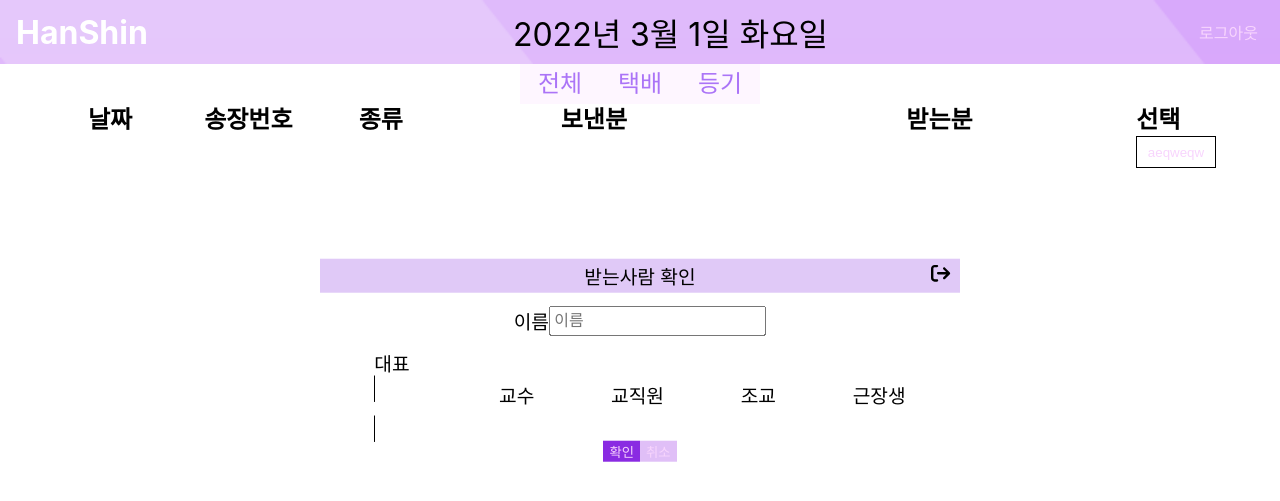
Repository: SeungYn/hanshinClient
Page: /, after clicking the first element matching `button.package_d2e76_submitBtn`
These files come from the project's save history. The page is drawn as it stood at one moment and after the next save; the edit follows.
The browser window is 1280 px wide. The pictures show the whole page.
The page's requests for data from a server got no answer. The project was rebuilt for these pictures with package versions that can differ from the ones it lists, and the page was loaded fresh each time. No one was signed in, and anything a server would have sent is missing. Also part of the build but not shown: src/App.css, src/components/item/item.jsx, src/components/addboxs/addBoxs.jsx.

Above is the page before, as saved 2022-03-01 02:36:51.

### public/index.html
<!DOCTYPE html>
<html lang="en">
  <head>
    <meta charset="utf-8" />
    <link rel="icon" href="%PUBLIC_URL%/favicon.ico" />
    <meta name="viewport" content="width=device-width, initial-scale=1" />
    <meta name="theme-color" content="#000000" />
    <meta
      name="description"
      content="Web site created using create-react-app"
    />
  </head>
  <body>
    <div id="root"></div>
  </body>
</html>

### src/index.css
html {
  height: 100%;
}
body {
  margin: 0;
  font-family: -apple-system, BlinkMacSystemFont, 'Segoe UI', 'Roboto', 'Oxygen',
    'Ubuntu', 'Cantarell', 'Fira Sans', 'Droid Sans', 'Helvetica Neue',
    sans-serif;
  -webkit-font-smoothing: antialiased;
  -moz-osx-font-smoothing: grayscale;
  height: 100%;
}
h1 {
  margin: 0;
}
code {
  font-family: source-code-pro, Menlo, Monaco, Consolas, 'Courier New',
    monospace;
}

* {
  box-sizing: border-box;
}
p,
h2 {
  margin: 0;
  padding: 0;
}

ul {
  list-style: none;
  margin: 0;
  padding: 0;
}

### src/App.jsx
import './App.css';
import Header from './components/header/header';
import Package from './components/package/package';
import { Route, Routes } from 'react-router-dom';
import AddBoxs from './components/addboxs/addBoxs';
function App() {
  return (
    <div className='app'>
      <Header />
      <Routes>
        <Route exact path='/' element={<Package />} />
        <Route exact path='/add' element={<AddBoxs />} />
      </Routes>
    </div>
  );
}

export default App;

### src/components/header/header.jsx
import React, { useEffect, useState } from 'react';
import styles from './header.module.css';

const Header = (props) => {
  const [date, setDate] = useState(new Date());
  const [month, setMonth] = useState('');
  const [year, setYear] = useState('');
  const [day, setDay] = useState('');
  const [dates, setDates] = useState('');

  useEffect(() => {
    setMonth(date.getMonth() + 1);
    switch (date.getDay()) {
      case 0:
        setDay('일');
        break;
      case 1:
        setDay('월');
        break;
      case 2:
        setDay('화');
        break;
      case 3:
        setDay('수');
        break;
      case 4:
        setDay('목');
        break;
      case 5:
        setDay('금');
        break;
      case 6:
        setDay('토');
        break;
    }
    setYear(date.getFullYear());
    setDates(date.getDate());
  }, [date, month, year, dates, day]);

  return (
    <header className={styles.headers}>
      <h1 className={styles.title}>HanShin</h1>
      <p
        className={styles.day}
      >{`${year}년 ${month}월 ${dates}일 ${day}요일`}</p>
      <nav className={styles.menu}>
        <button className={styles.menu__item}>로그아웃</button>
      </nav>
    </header>
  );
};

export default Header;

### src/components/package/package.jsx
import React, { useEffect, useState } from 'react';
import Item from '../item/item';
import ReceiverInput from '../receiverInput/receiverInput';
import styles from './package.module.css';

const Package = (props) => {
  const [item, setItem] = useState([]);

  const [selectedPackages, setSelectedPackages] = useState([]);
  const [receiverInputActivate, setReceiverInputActivate] = useState(false);

  const addList = (box) => {
    //축약 : setSelectedPackages([...selectedPackages, box]);
    const list = [...selectedPackages, box];
    setSelectedPackages(list);
  };

  const removeList = (box) => {
    const list = selectedPackages.filter((item) => {
      if (item.boxId !== box.boxId) {
        return item;
      }
    });

    setSelectedPackages(list);
  };

  const onSubmit = () => {
    console.log(selectedPackages);
    setReceiverInputActivate(true);
  };

  useEffect(() => {
    fetch('http://localhost:8080/packages/') //
      .then((data) => data.json())
      .then((data) => setItem(data));
  }, []);

  return (
    <div className={styles.package}>
      <nav className={styles.navbar}>
        <div className={styles.navbar__item}>전체</div>
        <div className={styles.navbar__item}>택배</div>
        <div className={styles.navbar__item}>등기</div>
      </nav>

      <section className={styles.contents}>
        <ul className={styles.itemList}>
          <li className={styles.items}>
            <h2 className={styles.item}>날짜</h2>
            <h2 className={styles.item}>송장번호</h2>
            <h2 className={styles.item}>종류</h2>
            <h2 className={styles.item}>보낸분</h2>
            <h2 className={styles.item}>받는분</h2>
            <h2 className={styles.item}>선택</h2>
          </li>
          {item.map((box) => (
            <Item
              key={box.boxId}
              item={box}
              addList={addList}
              removeList={removeList}
            />
          ))}
        </ul>
      </section>
      <button className={styles.submitBtn} onClick={onSubmit}>
        aeqweqw
      </button>
      {receiverInputActivate ? (
        <ReceiverInput selectedPackages={selectedPackages} />
      ) : (
        ''
      )}
    </div>
  );
};

export default Package;

### src/components/header/header.module.css
.headers {
  background: no-repeat url('./backimg.png');
  background-size: cover;
  height: 4rem;
  display: flex;
  justify-content: space-between;
  align-items: center;
  padding: 0.1rem 1rem;
}

.title {
  color: white;
}
.day {
  font-size: 2rem;
}
.menu__item {
  border: 0;
  background: none;
  font-size: 1rem;
}

### src/components/receiverInput/receiverInput.jsx
import React from 'react';
import styles from './receiverInput.module.css';
import { FontAwesomeIcon } from '@fortawesome/react-fontawesome';
import { faArrowRightFromBracket } from '@fortawesome/free-solid-svg-icons';

const ReceiverInput = ({ selectedPackages }) => {
  console.log(selectedPackages);
  return (
    <form className={styles.receiverForm}>
      <header className={styles.receiverForm__header}>
        <p className={styles.reveiverForm__header__title}>받는사람 확인</p>
        <p className={styles.reveiverForm__header__exit}>
          <FontAwesomeIcon icon={faArrowRightFromBracket}></FontAwesomeIcon>
        </p>
      </header>
      <section className={styles.receiverForm__body}>
        <div className={styles.name__group}>
          <p className={styles.input__title}>이름</p>
          <input type='text' placeholder='이름' />
        </div>
        <ul className={styles.radio__group}>
          <li className={styles.radio__label__group}>
            <label htmlFor='대표' className={styles.radio__label}>
              대표
            </label>
            <input type='radio' id='대표' name='position' value='대표' />
            <span className={styles.checkedBox}></span>
          </li>

          <li className={styles.radio__label__group}>
            <input type='radio' id='교수' name='position' value='교수' />
            <label htmlFor='교수' className={styles.radio__label}>
              교수
            </label>
          </li>

          <li className={styles.radio__label__group}>
            <label htmlFor='교직원' className={styles.radio__label}>
              교직원
            </label>
            <input type='radio' id='교직원' name='position' value='교직원' />
          </li>

          <li className={styles.radio__label__group}>
            <label htmlFor='조교' className={styles.radio__label}>
              조교
            </label>
            <input type='radio' id='조교' name='position' value='조교' />
          </li>

          <li className={styles.radio__label__group}>
            <label htmlFor='근장생' className={styles.radio__label}>
              근장생
            </label>
            <input type='radio' id='근장생' name='position' value='근장생' />
          </li>
        </ul>

        <ul className={styles.packageList}>
          {selectedPackages.map((item) => (
            <li key={item.boxId}>
              <span>{item.date}</span>
              <span>{item.boxId}</span>
              <span>{item.kind}</span>
              <span>{item.sender}</span>
              <span>{item.receiver}</span>
            </li>
          ))}
        </ul>
      </section>
      <div className={styles.receiverForm__Footer}>
        <button
          type='button'
          className={`${styles.receiverBtn} ${styles.check}`}
        >
          확인
        </button>
        <button
          type='button'
          className={`${styles.receiverBtn} ${styles.cancel}`}
        >
          취소
        </button>
      </div>
    </form>
  );
};

export default ReceiverInput;

### src/components/package/package.module.css
.package {
  width: 100%;
  height: 100%;
  display: flex;
  flex-direction: column;
  align-items: center;
}

.navbar {
  display: flex;
  justify-content: center;
  color: #ab74f7;
  width: 100%;
}

.navbar__item {
  text-align: center;
  line-height: 1.5rem;
  font-size: 1.5rem;
  flex-basis: 5rem;
  background-color: #fef6ff;
  padding: 0.5rem;
}

.navbar__item:hover {
  background-color: #ab74f7;
  color: #fef6ff;
  cursor: pointer;
}

.itemList {
  height: 100%;
  display: grid;
  grid-auto-rows: minmax(2rem, auto);
}

.items {
  display: grid;
  grid-template-columns: 8% 16% 7% 30% 30% 8%;
  height: 2rem;
}

h2 {
  text-align: center;
  line-height: 2rem;
}

.contents {
  width: 90%;
}

.submitBtn {
  align-self: flex-end;
  margin-right: 5%;
  border: 1px solid black;
  height: 2rem;
  width: 5rem;
}

.submitBtn:hover {
  cursor: pointer;
}

### src/components/addboxs/addBoxs.module.css
input:focus {
  outline: none;
}

.addContainer {
  width: 100%;
  height: 100%;
  display: flex;
  flex-direction: column;
  align-items: center;
}

.addFormHeader {
  width: 100%;
  display: grid;
  grid-template-columns: 8% 12% 4% 24% 24% 10% 7% 7% 2%;
  justify-content: center;
  color: #8541f6;
  column-gap: 0.2rem;
}

.item {
  font-size: 1rem;
}

.addForm {
  width: 100%;
  height: 100%;
  padding: 1rem;
}
/* 8% 10% 5% 27% 27% 8% 7% 7%; */
.items {
  display: grid;
  grid-template-columns: 8% 12% 4% 24% 24% 10% 7% 7% 2%;
  align-items: center;
  column-gap: 0.2rem;
  margin-top: 0.5rem;
}
.minus {
  padding: 0;
}

input[type='text'] {
  height: 1.8rem;
  font-size: 1rem;
  padding: 0.8rem 0.2rem;
}

.countText {
  border: 1px solid #8541f6;
}

button {
  background-color: transparent;
  border: none;
  color: #f8d5fd;
}
.bottom {
  height: 100%;
  width: 100%;
  display: flex;
  justify-content: space-between;
  padding: 0 1rem;
}
.bottomBtn {
  display: flex;
}

.bottom::before {
  content: '.';
  color: transparent;
}

.addBtn:hover {
  cursor: pointer;
  color: #e5a3ff;
}

.sendBtn {
  font-size: 1rem;
}

.test {
  width: 112px;
}

### src/components/item/item.module.css
.items {
  display: grid;
  grid-template-columns: 8% 17% 7% 30% 30% 8%;
  align-items: center;
  border: 1px solid black;
}

.items p:not(:last-child) {
  border-right: 1px solid black;
  height: 100%;
  display: flex;
  align-items: center;
  justify-content: center;
}

.items:hover {
  background-color: #fef6ff;
}

p {
  /* 크기를 넘기면 자동으로 줄바꿈 */
  text-align: center;
  overflow-wrap: break-word;
  font-size: 1.2rem;
}

.selectBtn {
  color: white;
  background-color: #ab74f7;
  width: 100%;
  height: 100%;
}

.selected {
  background-color: black;
}

.unSelected {
  background-color: #ab74f7;
}

.selectBtn:hover {
  cursor: pointer;
}

### src/components/receiverInput/receiverInput.module.css
.receiverForm {
  /* #e0c9f7 */
  background-color: white;
  width: 50%;
  position: fixed;
  top: 50%;
  left: 50%;
  transform: translate(-50%, -50%);
  display: flex;
  flex-direction: column;
  align-items: center;
}

.receiverForm__header {
  background-color: #e0c9f7;
  position: relative;
  display: flex;
  justify-content: center;
  padding: 0.2rem 0;
  width: 100%;
}

.reveiverForm__header__exit {
  position: absolute;
  right: 10px;
}

.receiverForm__body {
  padding: 0px 1rem;
  width: 100%;
  display: flex;
  flex-direction: column;
  align-items: center;
}

.radio__group {
  display: flex;
  font-size: 1.2rem;
  justify-content: space-around;
  width: 100%;
  margin-top: 0.8rem;
  align-items: center;
}

input[type='radio'] {
  display: none;
}

.checkedBox {
  border: 1px solid black;
  width: 100px;
  height: 100px;
}

.checkedBox:after {
  content: ' ';
  display: block;
  width: 3rem;
  height: 1rem;
}

input[type='radio']:checked {
  background-color: aqua;
}

.radio__label {
  display: flex;
  align-items: center;
}

.name__group {
  display: flex;
  margin-top: 0.8rem;
  align-items: center;
}

.packageList {
  width: 90%;
  background-color: white;
  max-height: 50%;
  overflow: scroll;
}

.check {
  background-color: blueviolet;
}

.cancel {
  background-color: #e0bff7;
}

Loaded but not shown: src/index.js (common file)

After the next save:
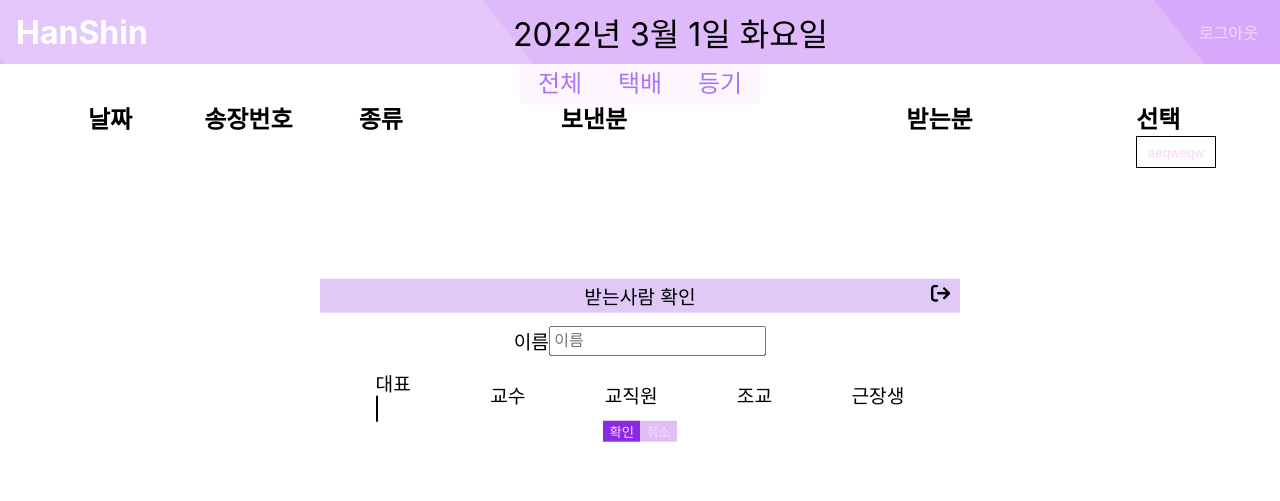
Saved 13 s later.
--- a/src/components/receiverInput/receiverInput.module.css
+++ b/src/components/receiverInput/receiverInput.module.css
@@ -53,10 +53,6 @@ input[type='radio'] {
 }
 
 .checkedBox:after {
-  content: ' ';
-  display: block;
-  width: 3rem;
-  height: 1rem;
 }
 
 input[type='radio']:checked {
